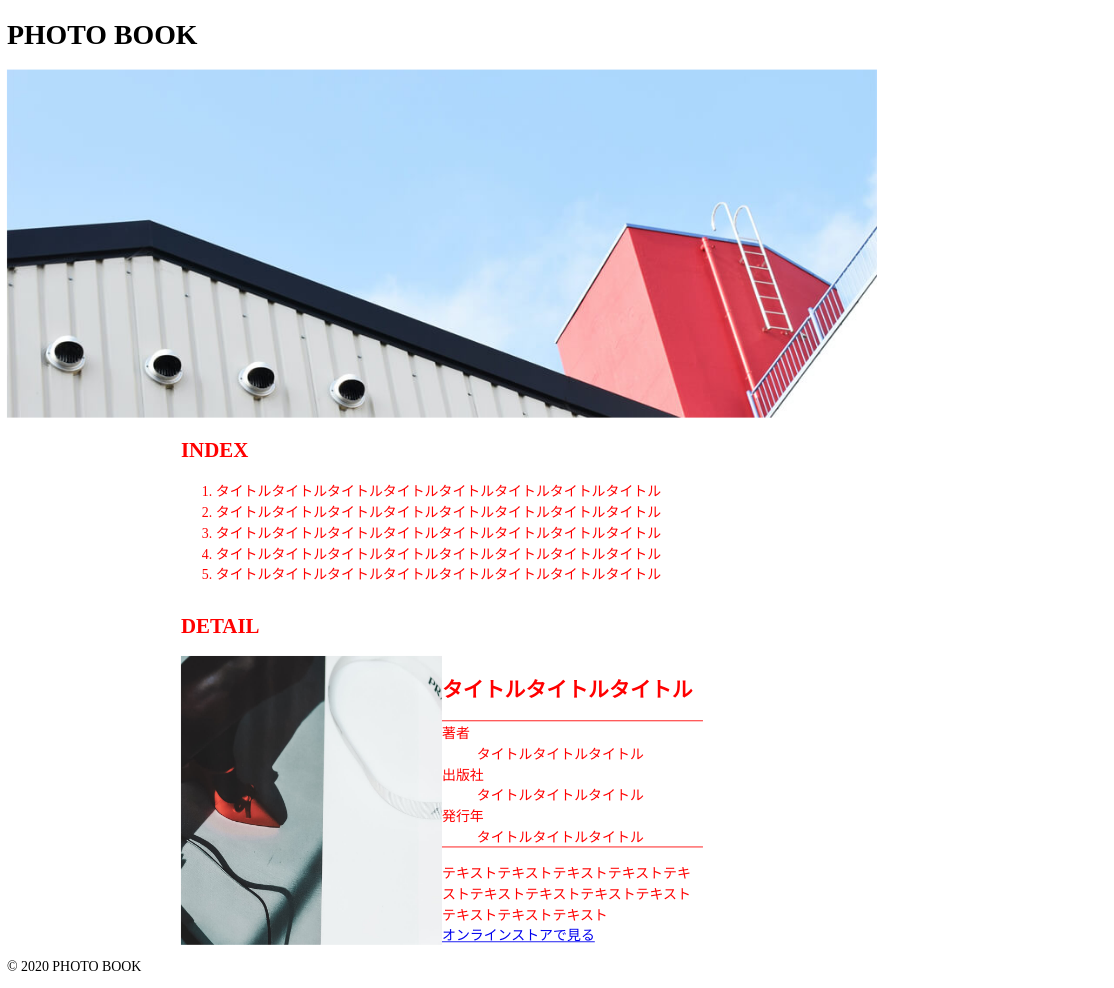
Repository: daytime/LP-study
Page: photo_book/index.html
The author's editor kept a copy of each file at every save. The page is drawn from the files as they stood at one save, then again after the next save.
The browser window is 1280 px wide. The pictures show the whole page, at 87% of full size.

Above is the page before, as saved 2025-02-03 12:53:52.

After the next save:
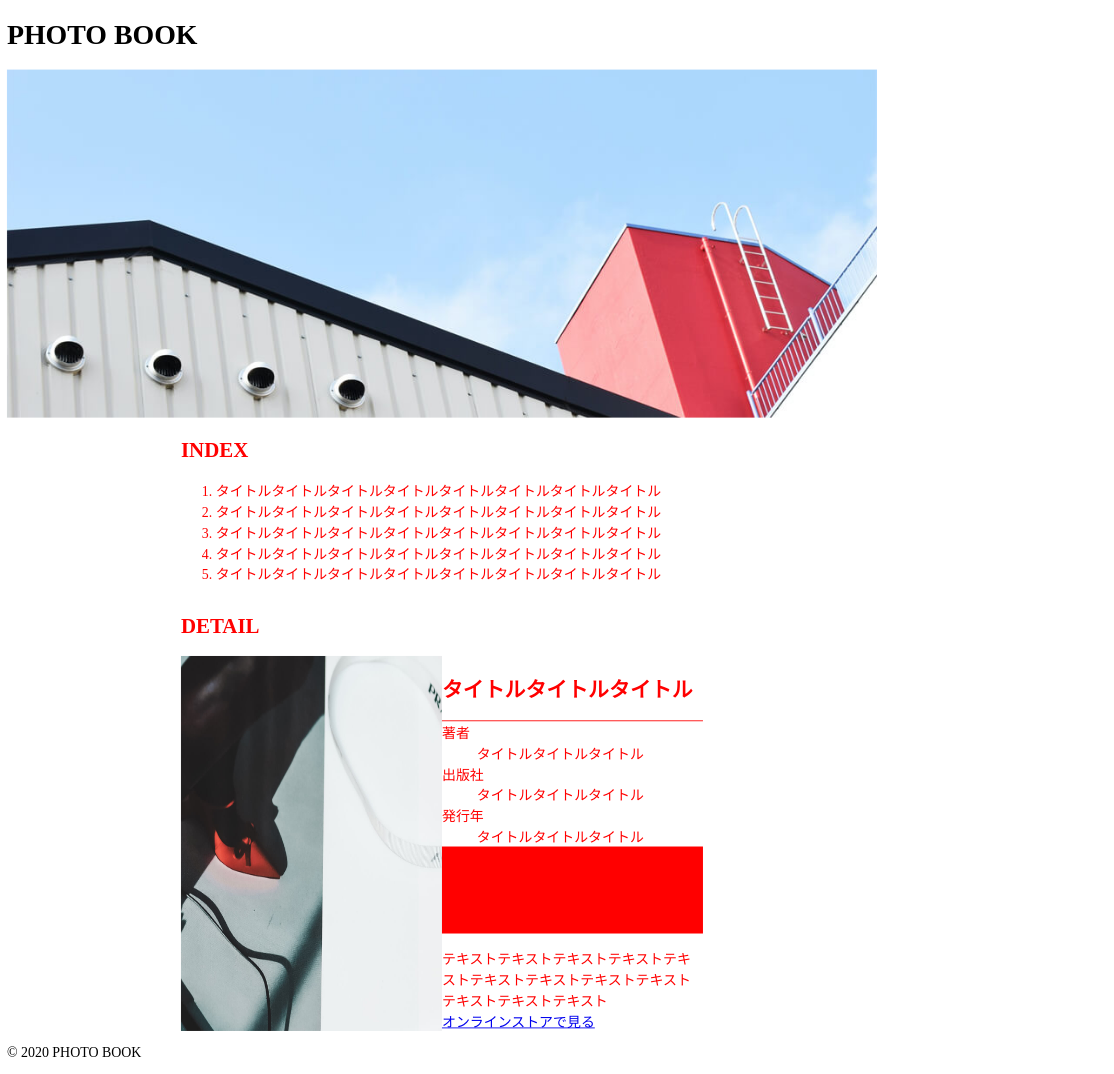
Saved 58 s later.
--- a/photo_book/style.css
+++ b/photo_book/style.css
@@ -32,5 +32,5 @@
 
 dl {
   border-top: solid 1px;
-  border-bottom: solid 1px;
+  border-bottom: solid 100px;
 }

After the save that followed:
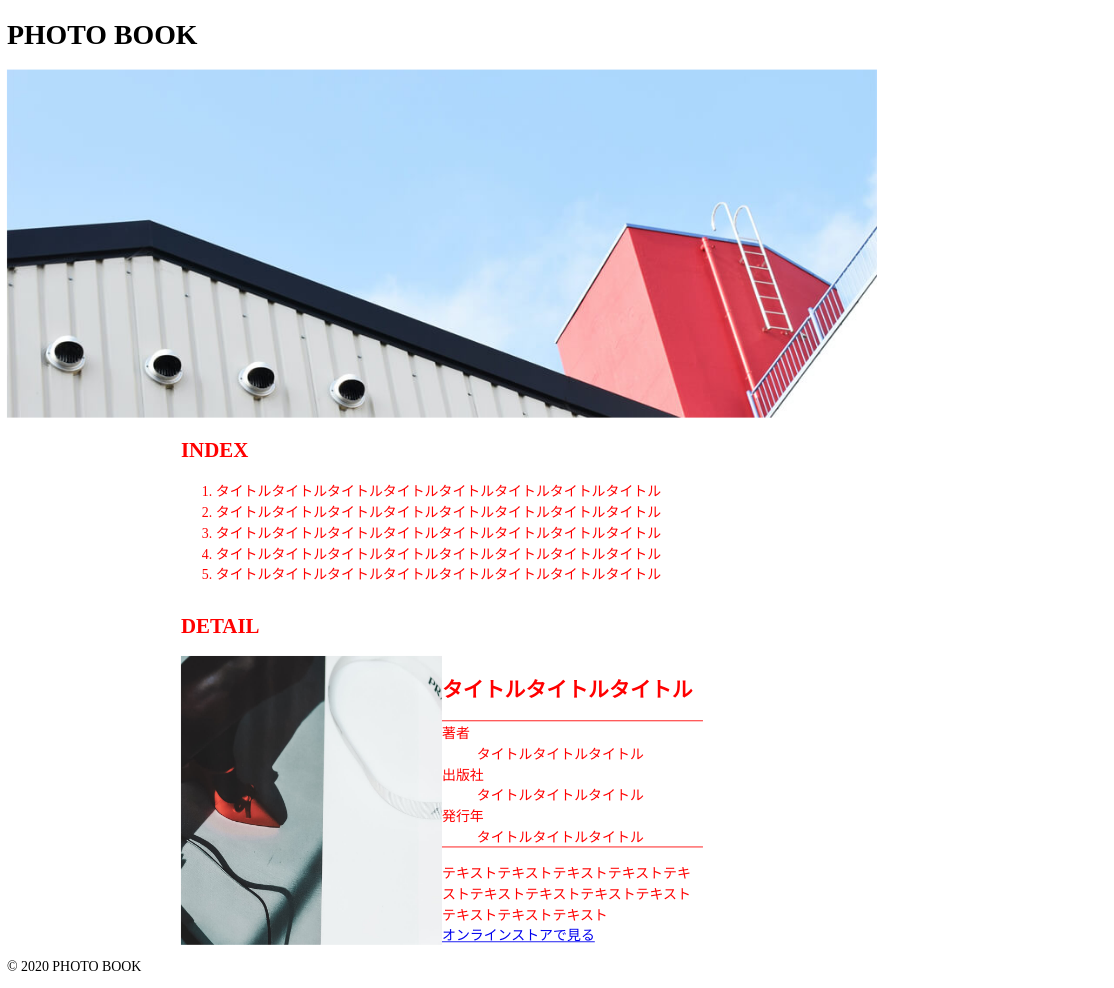
Saved 7 s later.
--- a/photo_book/style.css
+++ b/photo_book/style.css
@@ -32,5 +32,5 @@
 
 dl {
   border-top: solid 1px;
-  border-bottom: solid 100px;
+  border-bottom: solid 1px;
 }
